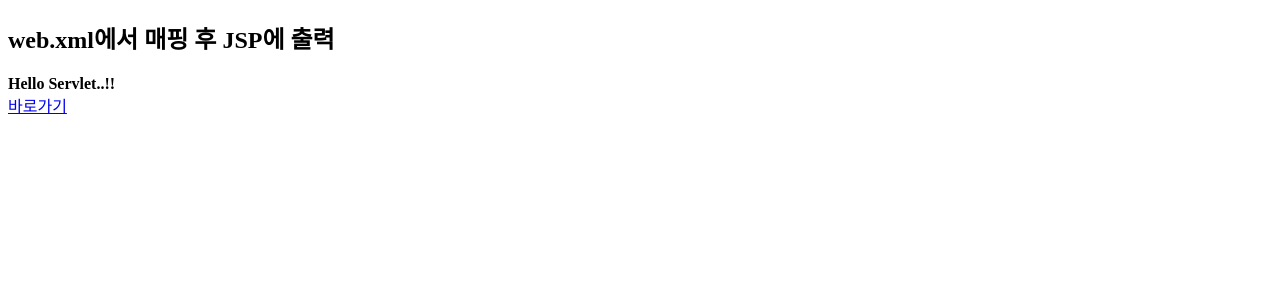
Repository: ssoo0011/school
Page: http://localhost/S0317/13Servlet/HelloServlet.do
These files come from the project's save history. The page is drawn as it stood at one moment and after the next save; the edit follows.
The browser window is 1280 px wide. The pictures show the whole page.
The page is served by Tomcat 9.

Above is the page before, as saved 2023-03-17 01:31:43.

After the next save:
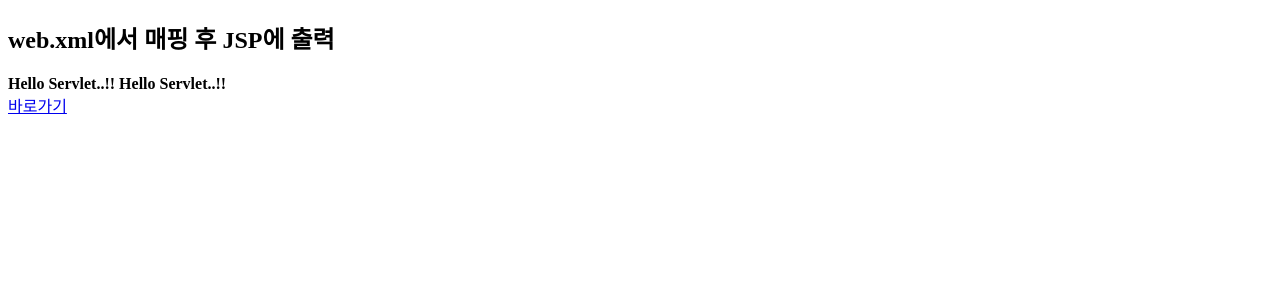
Saved 42 s later.
--- a/JSP/S0317/WebContent/13Servlet/HelloServlet.jsp
+++ b/JSP/S0317/WebContent/13Servlet/HelloServlet.jsp
@@ -10,6 +10,8 @@
 	<h2>web.xml에서 매핑 후 JSP에 출력</h2>
 	<P>
 		<strong> <%= request.getAttribute("message") %></strong>
+		<strong> ${ message }</strong>
+
 		<br>
 		<a href="./HelloServlet.do" >바로가기 </a>
 	</P>

After the save that followed:
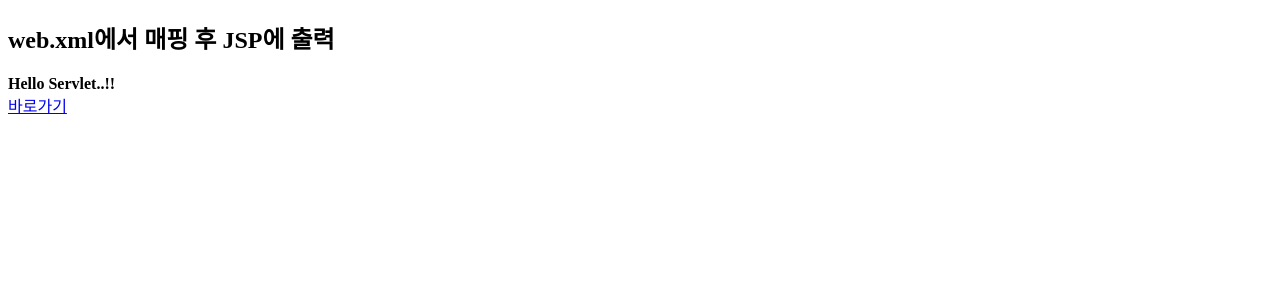
Saved 17 s later.
--- a/JSP/S0317/WebContent/13Servlet/HelloServlet.jsp
+++ b/JSP/S0317/WebContent/13Servlet/HelloServlet.jsp
@@ -10,8 +10,6 @@
 	<h2>web.xml에서 매핑 후 JSP에 출력</h2>
 	<P>
 		<strong> <%= request.getAttribute("message") %></strong>
-		<strong> ${ message }</strong>
-
 		<br>
 		<a href="./HelloServlet.do" >바로가기 </a>
 	</P>
